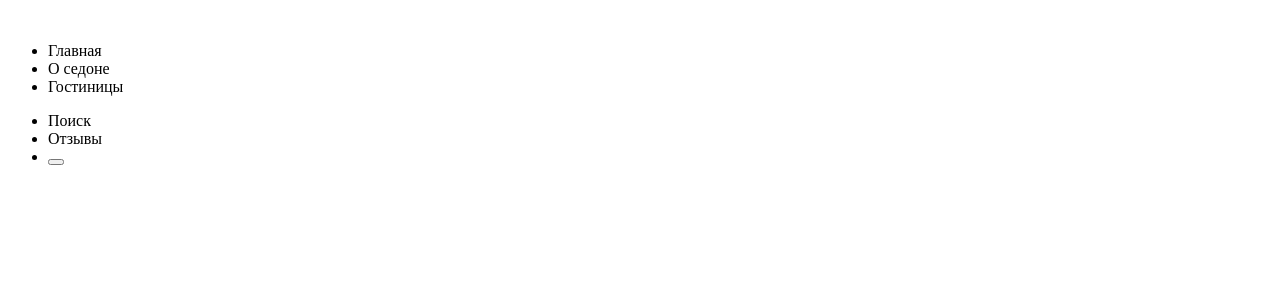
Repository: iKrekus/isedona
Page: index.html
The author's editor kept a copy of each file at every save. The page is drawn from the files as they stood at one save, then again after the next save.
The browser window is 1280 px wide. The pictures show the whole page.

Above is the page before, as saved 2022-09-24 19:46:39.

### index.html
<!DOCTYPE html>
<html lang="ru">
  <head>
    <meta charset="utf-8">
    <title>HTML Academy: Седона</title>
  </head>
  <body>
<header class="main-header">
  <img>
<nav class="navigation">
  <ul class="navigation-list">
    <li class="navigation-item">Главная</li>
    <li class="navigation-item">О седоне</li>
    <li class="navigation-item">Гостиницы </li>
  </ul>
  <ul class="navigation-list navigation-user">
    <li class="navigation-item">
      <span class="visuality-hidden">Поиск</span>
    </li>
    <li class="navigation-item">
      <span class="visuality-hidden">Отзывы</span>
    </li>
    <li class="navigation-item">
      <button class="button-buy">

      </button>
    </li>
  </ul>
</nav>
</header>
  </body>
</html>

After the next save:
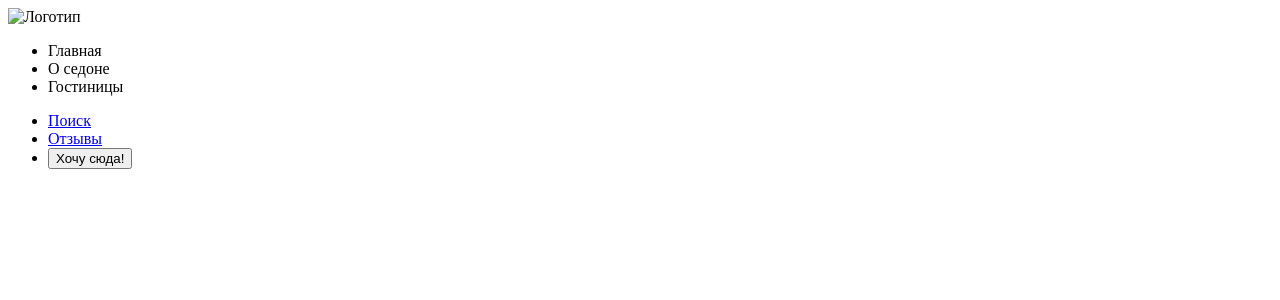
Saved 14 min 19 s later.
--- a/index.html
+++ b/index.html
@@ -6,7 +6,7 @@
   </head>
   <body>
 <header class="main-header">
-  <img>
+  <img src="#" alt="Логотип" class="logo">
 <nav class="navigation">
   <ul class="navigation-list">
     <li class="navigation-item">Главная</li>
@@ -15,15 +15,17 @@
   </ul>
   <ul class="navigation-list navigation-user">
     <li class="navigation-item">
-      <span class="visuality-hidden">Поиск</span>
+      <a href="#" class="navigation-link">
+        <span class="visuality-hidden">Поиск</span>
+      </a>
     </li>
     <li class="navigation-item">
-      <span class="visuality-hidden">Отзывы</span>
+      <a href="#" class="navigation-link">
+        <span class="visuality-hidden">Отзывы</span>
+      </a>
     </li>
     <li class="navigation-item">
-      <button class="button-buy">
-
-      </button>
+      <button class="button-buy">Хочу сюда!</button>
     </li>
   </ul>
 </nav>
